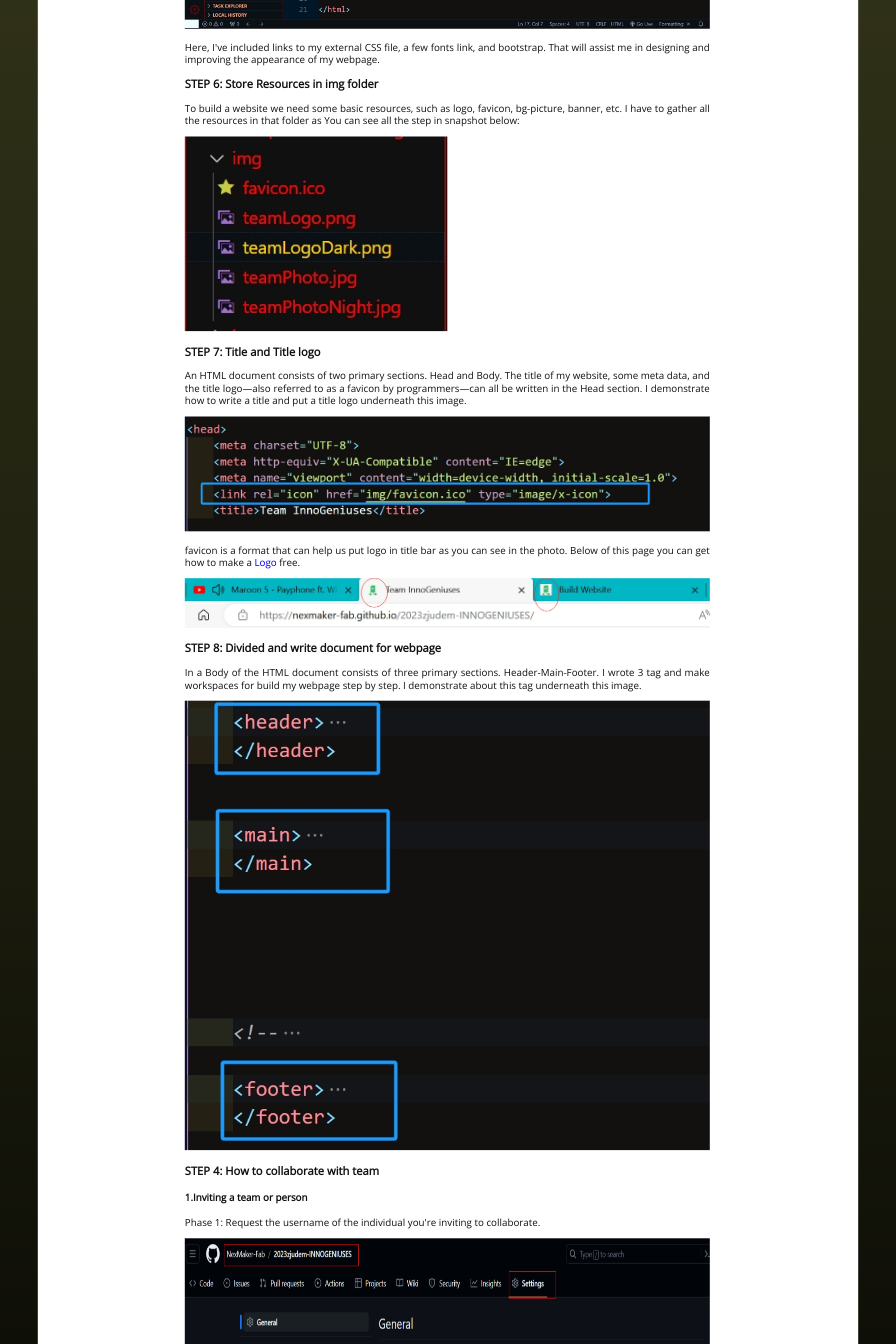
Repository: NexMaker-Fab/2023zjudem-INNOGENIUSES
Page: build web/page1.html
An editor plug-in stored every save of this project. The page is shown before and after the next save, followed by the edit.
The browser window is 1280 px wide. The pictures show the part of the page from y = 4580 to 6500 px (the page is 9822 px tall before and 9501 px after), at 70% of full size.

Above is the page before, as saved 2023-11-27 01:26:18.

### build web/page1.html
<!DOCTYPE html>
<html lang="en">

<head>
    <meta charset="utf-8">
    <meta http-equiv="X-UA-Compatible" content="IE=edge">
    <link rel="icon" href="img/favicon.ico" type="image/x-icon">
    <title>Build Website</title>
    <meta name="viewport" content="width=device-width, initial-scale=1">
    <!-- <meta name="Description" lang="en" content="open source x/html and css templates"> -->
    <meta name="author" content="mlp design">
    <meta name="robots" content="index, follow">
    <link rel="stylesheet" href="styles.css">
</head>

<body>
    <!--start wrapper-->
    <div id="wrapper">

        <!--start body-->
        <div id="body">

            <!--start header-->
            <div id="banner">
                <h1>HOW TO BUILD <em>WEB</em> </h1>
                <p></p>
                <!-- menu -->
                <label for="show-menu" class="responsive">&#9776;</label>
                <input type="checkbox" id="show-menu" role="button">
                <ul id="topnav">
                    <!-- <li><a class="active">Home</a></li> -->

                </ul>
                <!-- end menu -->
            </div>
            <!--end of header-->
            <!--start sidebar-->
            <div id="sidebar">
                <h2>GitHub</h2>
                <p>GitHub, is a platform and cloud-based service for software development and version control using Git, allowing developers to store and manage their code. It provides the distributed version control of Git plus access control, bug tracking,
                    software feature requests, task management, continuous integration, and wikis for every project. Headquartered in California, it has been a subsidiary of Microsoft since 2018. It is commonly used to host open source software development
                    projects.As of January 2023, GitHub reported having over 100 million developers and more than 372 million repositories, including at least 28 million public repositories.</p>

                <h2>Visual Studio Code</h2>
                <p>Visual Studio Code, also commonly referred to as VS Code,[12] is a source-code editor made by Microsoft with the Electron Framework, for Windows, Linux and macOS.[13] Features include support for debugging, syntax highlighting, intelligent
                    code completion, snippets, code refactoring, and embedded Git. Users can change the theme, keyboard shortcuts, preferences, and install extensions that add functionality. In the Stack Overflow 2023 Developer Survey, Visual Studio Code
                    was ranked the most popular developer environment tool among 86,544 respondents, with 73.71% reporting that they use it. It increased its use among those learning to code versus those developing as a profession (78% vs. 74%). </p>
            </div>
            <div class="clear"></div>
            <!--end of sidebar-->

            <!--start containter-->
            <div id="container">

                <!--start content-->
                <div id="content">
                    <!--post item-->
                    <div class="item">
                        <h3>STEP1: Prepare</h3>
                        <p>Setting up all essential tools for constructing the webpage:</p>

                        <ul>
                            <li><a href="https://git-scm.com/downloads">Git</a></li>
                            <li><a href="https://github.com">GitHub</a> </li>
                            <li><a href="https://desktop.github.com">GitHub desktop</a> </li>
                            <li><a href="https://code.visualstudio.com">VScode</a></li>
                            <li><a href="https://nodejs.org/en/about">Nodejs</a> </li>
                        </ul>

                        <h3>STEP 2: Pointers</h3>
                        <p>Visit <a href="https://github.com">Github</a> to create a repository; if needed, sign up. Once there, make your repository and set it Public so it's accessible to online users. Remember to add a README file—it's the place for a
                            detailed project description.
                        </p>
                        <img src="img/Create Repo 1.png" <figure>
                        <p>
                            <b>Note:</b>In this image repository, the owner is identified as aminal333. However, when working within an organization, the organization's name should be displayed instead.

                        </p>
                        </figure>

                        <img src="img/Create repo 2.png" <figure>
                        <p></p>
                        </figure>

                        <img src="img/git page.jpg" <figure>


                        </figure>

                        <h3>STEP 3: Local Settings</h3>
                        <p>Open GitHub Desktop, clone the repository you've created before, and then proceed to open it in Visual Studio Code.</p>
                        <img src="img/gitclone1.png" <figure>
                        <p> </p>
                        </figure>
                        <img src="img/clone open vs.png" <figure>
                        <p>Access the cloned repository from your local storage system using Visual Studio Code</p>
                        </figure>

                        <!-- Ramiz update-->

                        <h3>STEP 4: Live Server Extension</h3>
                        <p>Go to visual studio extention secsion, search live server and click install it. This extesion help to observe new change on your webpage when you change something in your code. You can see the exension installation image below:
                        </p>
                        <img src="img/Live Server.png" alt="description photo" style="width:100%; height: fit-content;">

                        <h2 style="font-weight: bolder;">How to write the website document</h2>

                        <h3>STEP 5: Make folder and file for writing code to build a website</h3>
                        <p>Open VS Code and open clone repository folder. Create a html file, a css file & a JS file. Create a folder for image resources. After that go to the html file which is named index.html and write some basic html documents. You can
                            see all the step in snapshot below:
                        </p>
                        <img src="img/bw1.png" alt="description photo" style="width:100%; height: fit-content;">
                        <p>
                            Here, I've included links to my external CSS file, a few fonts link, and bootstrap. That will assist me in designing and improving the appearance of my webpage.
                        </p>

                        <h3>STEP 6: Store Resources in img folder</h3>
                        <p>To build a website we need some basic resources, such as logo, favicon, bg-picture, banner, etc. I have to gather all the resources in that folder as You can see all the step in snapshot below:
                        </p>
                        <img src="img/bw2.png" alt="description photo" style="width:50%; height: 100%;">

                        <h3>STEP 7: Title and Title logo</h3>
                        <p>An HTML document consists of two primary sections. Head and Body. The title of my website, some meta data, and the title logo—also referred to as a favicon by programmers—can all be written in the Head section. I demonstrate how
                            to write a title and put a title logo underneath this image.
                        </p>
                        <img src="img/bw3.png" alt="description photo" style="width:100%; height: fit-content;">
                        <p>
                            favicon is a format that can help us put logo in title bar as you can see in the photo. Below of this page you can get how to make a <a href="#logoCreate">Logo</a> free.
                        </p>
                        <img src="img/title logo.png" alt="description photo" style="width:100%; height: 100%;">
                        <h3>STEP 8: Divided and write document for webpage</h3>
                        <p>In a Body of the HTML document consists of three primary sections. Header-Main-Footer. I wrote 3 tag and make workspaces for build my webpage step by step. I demonstrate about this tag underneath this image.
                        </p>
                        <img src="img/bw4.png" alt="description photo" style="width:100%; height:50%;">

                        <h3>STEP 4: How to collaborate with team</h3>
                        <h4>1.Inviting a team or person</h4>
                        <p>Phase 1: Request the username of the individual you're inviting to collaborate.</p>

                        <img src="img/AA.png" <figure>
                        <p> Under your repository name, click Settings, If you cannot see the "Settings" tab, select the dropdown menu, then click Settings.<br> In the "Access" section of the sidebar, click Collaborators and teams as displayed </p>
                        </figure>
                        <img src="img/BB.png" <figure>
                        <p>To the right of "Manage access", click Add people or Add teams and In the search field, start typing the name of the team or person to invite, then click a name in the list of matches.
                        </p>
                        </figure>
                        <img src="img/CC.png" <figure>
                        <p>In the search field, start typing the name of the team or person to invite, then click a name in the list of matches.</p>
                        </figure>
                        <img src="img/DD.png" <figure>
                        <p> Under "Choose a role", select the repository role to grant to the team or person</p>
                        </figure>
                        <img src="img/EE.png" <figure>
                        <p>Under "Manage access", next to the team or person whose access you'd like to remove, click Remove
                        </p>
                        </figure>
                        <img src="img/FF.png" <figure>
                        <p>Using this search box, you can easily find your team member</p>
                        </figure>

                    </div>
                    <!--another post item-->

                    <!--end of another post item-->
                </div>
                <!--end of content-->

            </div>
            <!--end of container-->

        </div>
        <!--end of body-->

        <!--start footer-->
        <div id="footer">
            <span class="left">2023 &copy; Copyright <a href="#">Allcode</a>. All rights reserved.</span>
            <p class="show-footer">2023 &copy; Copyright <a href="#">InnoGeniuses</a>. All rights reserved.<br /><a href="#">Contact</a> | </p>
        </div>
        <!--end of footer-->

    </div>
    <!--end of wrapper-->

    <!--start credits-->
    <!--//Under CC-NC 3.0, this portion must be left intact and must not be hidden.//-->
    <div id="credits">
        <span><a href="#" title="CSS &amp; ">CSS &amp; HTML</a> by InnoGeniuses<br />IDE@ZJU
    </div>
    <!--end of credits-->

</body>

</html>

### build web/styles.css
/*
Template Name: mlpdesign07.1 Khaki
Version: Pure CSS version
Author:webmasterneo, MLP Design
Author URI: http://www.mlpdesign.net/
*/


/* Global Settings */

@import url(https://fonts.googleapis.com/css?family=Open+Sans);
body {
    background: #000;
    background: -moz-linear-gradient(top, #7c803d 0%, #000000 75%, #000000 100%);
    background: -webkit-gradient(left top, left bottom, color-stop(0%, #7c803d), color-stop(75%, #000000), color-stop(100%, #000000));
    background: -webkit-linear-gradient(top, #7c803d 0%, #000000 75%, #000000 100%);
    background: -o-linear-gradient(top, #7c803d 0%, #000000 75%, #000000 100%);
    background: -ms-linear-gradient(top, #7c803d 0%, #000000 75%, #000000 100%);
    background: linear-gradient(to bottom, #7c803d 0%, #000000 75%, #000000 100%);
    filter: progid: DXImageTransform.Microsoft.gradient( startColorstr='#7c803d', endColorstr='#000000', GradientType=0);
    color: #111;
    margin: 0;
    font-family: 'Open Sans', sans-serif;
    font-size: 14px;
    line-height: 18px;
    min-width: 600px;
}

h1 {
    font-size: 40px;
    line-height: 24px;
}

h2 {
    font-size: 18px;
    line-height: 22px;
}

h3 {
    font-size: 16px;
    line-height: 20px;
}

a {
    background-color: inherit;
    color: rgb(0, 38, 255)122, 102, 153;
    text-decoration: none;
}

a:hover {
    text-decoration: underline;
}

blockquote {
    background-color: inherit;
    color: #999;
    font: italic 15px "Times New Roman", serif;
    border-left: 5px solid #996;
    padding: 2px 15px;
}


/* Wrapper Settings */

#wrapper {
    background: #fff;
    border: none;
    padding: 10px;
    margin: 1% auto;
    width: 90%;
}

#body {
    margin: 0;
}

#container {
    border-left: 50px;
    padding: 0;
    margin: 0;
}


/* Other Settings*/

#banner {
    position: relative;
    padding: 10px;
    height: 175px;
    border: 0px;
    color: #fff;
    background: #abab83;
    background: -moz-linear-gradient(top, #abab83 0%, #abab83 0%, #abab83 50%, #a1a172 51%, #a1a172 100%);
    background: -webkit-gradient(left top, left bottom, color-stop(0%, #abab83), color-stop(0%, #abab83), color-stop(50%, #abab83), color-stop(51%, #a1a172), color-stop(100%, #a1a172));
    background: -webkit-linear-gradient(top, #abab83 0%, #abab83 0%, #abab83 50%, #a1a172 51%, #a1a172 100%);
    background: -o-linear-gradient(top, #abab83 0%, #abab83 0%, #abab83 50%, #a1a172 51%, #a1a172 100%);
    background: -ms-linear-gradient(top, #abab83 0%, #abab83 0%, #abab83 50%, #a1a172 51%, #a1a172 100%);
    background: linear-gradient(to bottom, #abab83 0%, #abab83 0%, #abab83 50%, #a1a172 51%, #a1a172 100%);
    filter: progid: DXImageTransform.Microsoft.gradient( startColorstr='#abab83', endColorstr='#a1a172', GradientType=0);
}

#banner h1 {
    font-size: 32px;
}

#banner h1 em {
    font-style: normal;
    text-decoration: none;
    color: #111;
}

#show-menu {
    display: none;
}

.responsive {
    background-color: inherit;
    color: #fff;
    text-align: left;
    font-weight: normal;
    font-size: 1.5em;
    padding: 0;
    position: absolute;
    top: 80%;
    display: none;
}

ul#topnav {
    list-style-type: none;
    margin: 0 0 0 1%;
    display: table;
    padding: 0;
    overflow: hidden;
    width: 60%;
    position: absolute;
    bottom: 0;
}

ul#topnav li {
    display: table-cell;
    text-align: center;
}

ul#topnav li a {
    background: #333;
    color: #999;
    border: none;
    display: block;
    margin-right: 5px;
    padding: 5px 0px;
    text-decoration: none;
    font-size: 12px;
}

ul#topnav li a.active,
ul#topnav li a.active:hover {
    background: #fff;
    color: #333;
}

ul#topnav li a:hover {
    background: #cc9;
    color: #111;
}

#sidebar {
    background: #fff;
    float: right;
    width: 200px;
    margin: -175px 1% 50px auto;
    padding: 15px;
    font-size: 12px;
    -webkit-box-shadow: 25px 0px 25px -25px rgba(0, 0, 0, 0.45), -25px 0px 25px -25px rgba(0, 0, 0, 0.45);
    -moz-box-shadow: 25px 0px 25px -25px rgba(0, 0, 0, 0.45), -25px 0px 25px -25px rgba(0, 0, 0, 0.45);
    box-shadow: 25px 0px 25px -25px rgba(0, 0, 0, 0.45), -25px 0px 25px -25px rgba(0, 0, 0, 0.45);
    position: relative;
}

#sidebar h2 {
    background-color: inherit;
    color: #996;
    font: normal 16px Arial, sans-serif;
    border-bottom: 2px solid #996;
    padding: 8px 0 5px 0;
}

#sidebar ul {
    list-style: none;
    padding: 2px;
    margin: 0;
}

#sidebar ul li {
    list-style-position: inside;
    padding: 0 0 10px 20px;
    text-indent: -1em;
}

#sidebar ul li a {
    background-color: inherit;
    color: #333;
    text-decoration: none;
    padding: 5px 2px;
    display: block;
}

#sidebar ul li a:hover {
    background-color: #cc9;
    color: #fff;
}

#sidebar ul li a:before {
    content: "\00BB  ";
    color: #996;
}

#content {
    text-align: left;
    padding: 20px;
    width: 750px;
    padding-left: 200px;
}

#content h1 {
    font: normal 18px Arial, sans-serif;
    padding: 0;
}

#content ul {
    list-style: none;
}

#content ul li {
    padding: 2px 0 2px 10px;
    margin: 0;
}

#content ul li:before {
    content: "\00BB  ";
    color: rgb(51, 0, 255);
}

#content .item {
    line-height: 1.25em;
    margin: 0;
}

#content .item p {
    text-align: justify;
}

#content .item b {
    text-align: justify;
    color: red;
}

#content .item span {
    background-color: inherit;
    color: #999;
    font-size: 11px;
}

#content .item img {
    width: 750px;
    height: 500px;
}

#footer {
    padding: 10px;
    height: 20px;
    border: 0px;
    color: #333;
    font-size: 12px;
    background: #abab83;
    background: -moz-linear-gradient(top, #abab83 0%, #abab83 0%, #abab83 50%, #a1a172 51%, #a1a172 100%);
    background: -webkit-gradient(left top, left bottom, color-stop(0%, #abab83), color-stop(0%, #abab83), color-stop(50%, #abab83), color-stop(51%, #a1a172), color-stop(100%, #a1a172));
    background: -webkit-linear-gradient(top, #abab83 0%, #abab83 0%, #abab83 50%, #a1a172 51%, #a1a172 100%);
    background: -o-linear-gradient(top, #abab83 0%, #abab83 0%, #abab83 50%, #a1a172 51%, #a1a172 100%);
    background: -ms-linear-gradient(top, #abab83 0%, #abab83 0%, #abab83 50%, #a1a172 51%, #a1a172 100%);
    background: linear-gradient(to bottom, #abab83 0%, #abab83 0%, #abab83 50%, #a1a172 51%, #a1a172 100%);
    filter: progid: DXImageTransform.Microsoft.gradient( startColorstr='#abab83', endColorstr='#a1a172', GradientType=0);
    clear: both;
}

#footer a {
    background-color: inherit;
    color: #333;
}

#footer a:hover {
    background-color: inherit;
    color: #fff;
    text-decoration: none;
}

#footer span.left {
    text-align: left;
    padding-left: 15px;
    float: left;
}

#footer span.right {
    text-align: right;
    padding-right: 15px;
    float: right;
}

#footer p.show-footer {
    margin: 0;
    display: none;
}

#credits {
    width: 90%;
    background-color: inherit;
    color: #999;
    position: relative;
    bottom: 0;
    padding: 10px 0;
    font: normal 11px Arial, sans-serif;
    text-align: right;
    margin: 0 auto;
}

#credits a {
    background-color: inherit;
    color: #999;
    text-decoration: none;
}

#credits a:hover {
    background-color: inherit;
    color: #fff;
    text-decoration: none;
}


/* Begin responsive styles */

@media screen and (max-width: 700px) {
    body {
        font-size: 12px;
    }
    blockquote {
        font-size: 13px;
        border-left-width: 3px;
        padding: 1px 5px 1px 10px;
        margin: 0;
    }
    /* banner */
    /*#banner { height:170px;}*/
    #banner h1 {
        font-size: 28px;
    }
    #banner p {
        width: 60%;
    }
    /* menu */
    ul#topnav {
        display: none;
    }
    .responsive {
        display: block;
    }
    #show-menu:checked~ul#topnav {
        display: block;
        position: absolute;
        top: 100%;
        width: 50%;
        margin: 0 0 0 -8%;
        overflow: visible;
    }
    ul#topnav li {
        display: block;
        text-align: left;
        margin: 0 0 1px 15%;
    }
    ul#topnav li a {
        padding-left: 20px;
        border-radius: 0px;
        -moz-border-radius: 0px;
        -webkit-border-radius: 0px;
        font-size: 10px;
    }
    /*ul#topnav li a:hover { background: rgba(255,0,85,1); color:rgba(255,255,255,255);}*/
    ul#topnav li a.active,
    ul#topnav li a.active:hover {
        background: #eee;
        color: #000;
    }
    /* sidebar */
    #sidebar {
        width: 28%;
        padding: 5px;
        font-size: 10px;
        line-height: 1.25em;
    }
    #sidebar h2 {
        font-size: 12px;
    }
    /* content */
    #content {
        margin-right: 33%;
    }
    #content h1 {
        font-size: 14px;
        font-weight: bold;
    }
    #content .item span {
        font-size: 10px;
    }
    #content ul {
        margin-left: 0;
        padding-left: 0;
    }
    #content ul li {
        margin-left: 0;
        padding-left: 0;
    }
    /* footer */
    #footer {
        font-size: 10px;
        text-align: center;
        padding-bottom: 20px;
    }
    #footer span {
        display: none;
    }
    #footer p.show-footer {
        display: block;
    }
    #credits {
        font-size: 80%;
        text-align: center;
    }
}

After the next save:
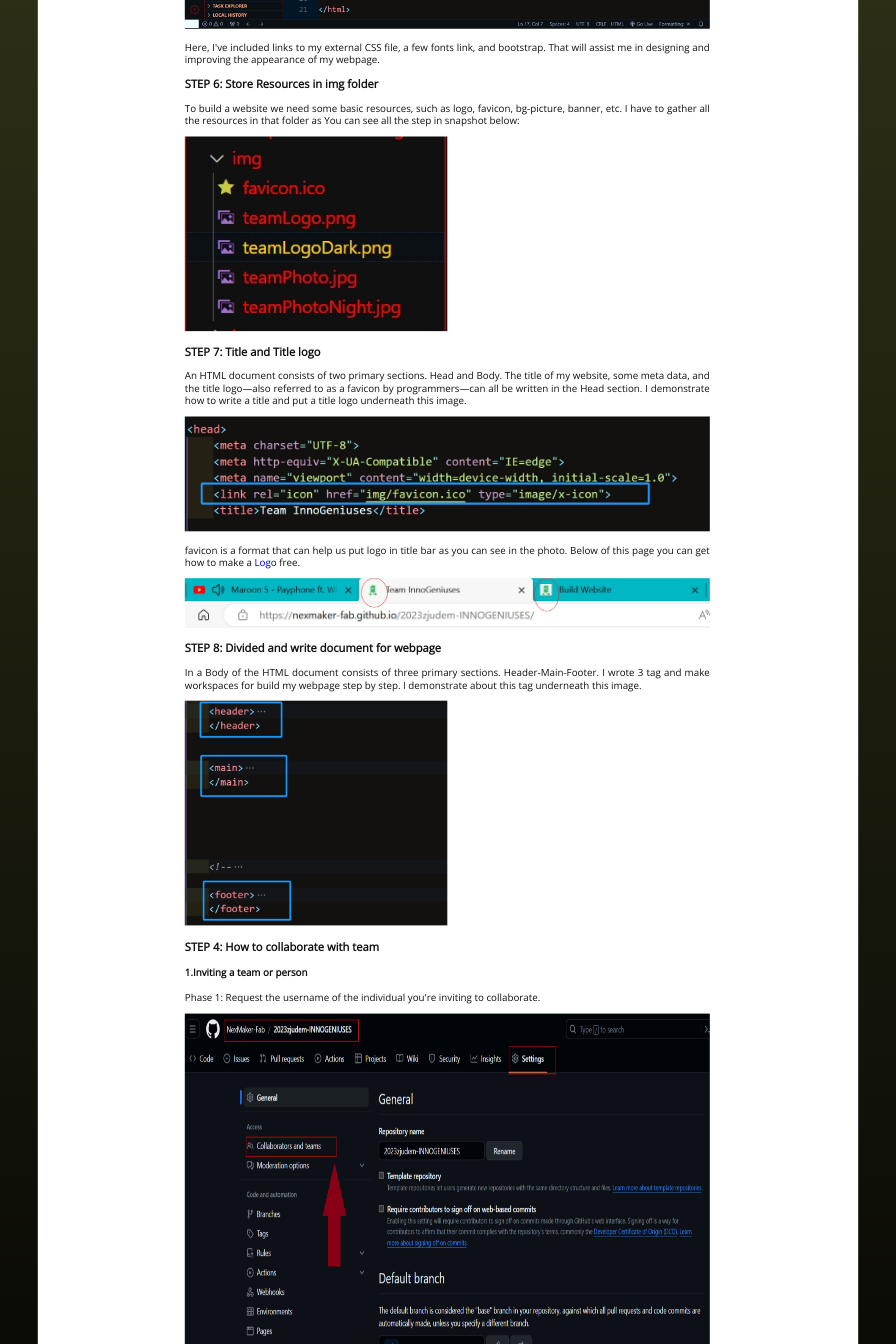
Saved 11 s later.
--- a/build web/page1.html
+++ b/build web/page1.html
@@ -131,7 +131,7 @@
                         <h3>STEP 8: Divided and write document for webpage</h3>
                         <p>In a Body of the HTML document consists of three primary sections. Header-Main-Footer. I wrote 3 tag and make workspaces for build my webpage step by step. I demonstrate about this tag underneath this image.
                         </p>
-                        <img src="img/bw4.png" alt="description photo" style="width:100%; height:50%;">
+                        <img src="img/bw4.png" alt="description photo" style="width:50%; height:50%;">
 
                         <h3>STEP 4: How to collaborate with team</h3>
                         <h4>1.Inviting a team or person</h4>
